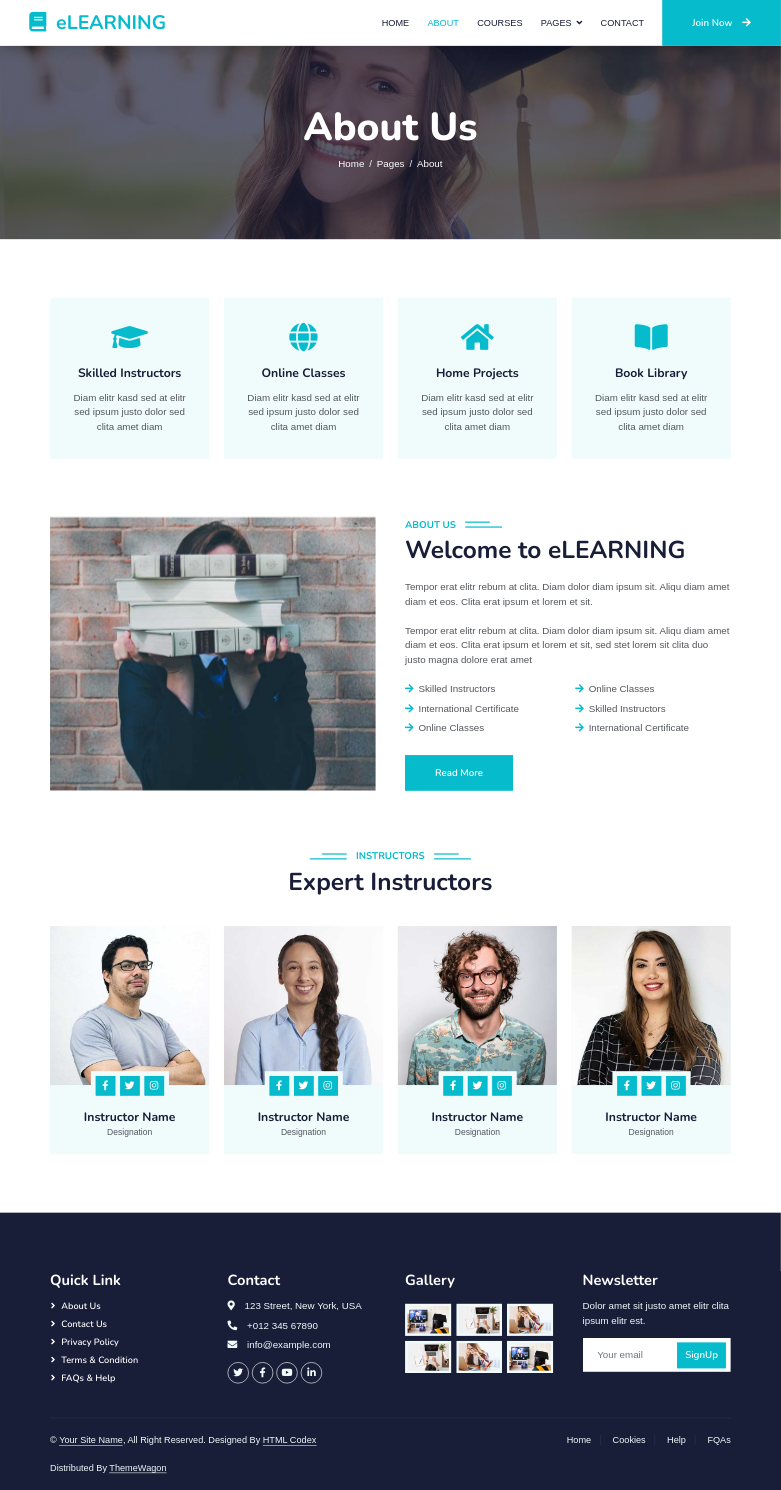
Repository: Arumugam2002/ARUMUGAM-TOPS-DAILY-TASKS
Page: http://localhost/about
These files come from the project's save history. The page is drawn as it stood at one moment and after the next save; the edit follows.
The browser window is 1280 px wide. The pictures show the whole page, at 61% of full size.
Some web fonts or font styles are not loaded; a fallback is used. Some web libraries are served in a nearby version. The page is this project's Thymeleaf template; nobody is signed in. The template is opened directly, without the code that normally fills it, so the values that code supplies are empty.

Above is the page before, as saved 2024-07-16 06:27:23.

### Java SpringBoot/Spring_Eclipse/SpringwithTemplate/src/main/resources/templates/about.html
<!DOCTYPE html>
<html lang="en">
	<head th:replace="/fragments/head :: head"></head>

<body>
    <!-- Spinner Start -->
    <div id="spinner" class="show bg-white position-fixed translate-middle w-100 vh-100 top-50 start-50 d-flex align-items-center justify-content-center">
        <div class="spinner-border text-primary" style="width: 3rem; height: 3rem;" role="status">
            <span class="sr-only">Loading...</span>
        </div>
    </div>
    <!-- Spinner End -->


    <!-- Navbar Start -->
    <nav class="navbar navbar-expand-lg bg-white navbar-light shadow sticky-top p-0">
        <a href="index.html" class="navbar-brand d-flex align-items-center px-4 px-lg-5">
            <h2 class="m-0 text-primary"><i class="fa fa-book me-3"></i>eLEARNING</h2>
        </a>
        <button type="button" class="navbar-toggler me-4" data-bs-toggle="collapse" data-bs-target="#navbarCollapse">
            <span class="navbar-toggler-icon"></span>
        </button>
        <div class="collapse navbar-collapse" id="navbarCollapse">
            <div class="navbar-nav ms-auto p-4 p-lg-0">
                <a href="index.html" class="nav-item nav-link">Home</a>
                <a href="about.html" class="nav-item nav-link active">About</a>
                <a href="courses.html" class="nav-item nav-link">Courses</a>
                <div class="nav-item dropdown">
                    <a href="#" class="nav-link dropdown-toggle" data-bs-toggle="dropdown">Pages</a>
                    <div class="dropdown-menu fade-down m-0">
                        <a href="team.html" class="dropdown-item">Our Team</a>
                        <a href="testimonial.html" class="dropdown-item">Testimonial</a>
                        <a href="404.html" class="dropdown-item">404 Page</a>
                    </div>
                </div>
                <a href="contact.html" class="nav-item nav-link">Contact</a>
            </div>
            <a href="" class="btn btn-primary py-4 px-lg-5 d-none d-lg-block">Join Now<i class="fa fa-arrow-right ms-3"></i></a>
        </div>
    </nav>
    <!-- Navbar End -->


    <!-- Header Start -->
    <div class="container-fluid bg-primary py-5 mb-5 page-header">
        <div class="container py-5">
            <div class="row justify-content-center">
                <div class="col-lg-10 text-center">
                    <h1 class="display-3 text-white animated slideInDown">About Us</h1>
                    <nav aria-label="breadcrumb">
                        <ol class="breadcrumb justify-content-center">
                            <li class="breadcrumb-item"><a class="text-white" href="#">Home</a></li>
                            <li class="breadcrumb-item"><a class="text-white" href="#">Pages</a></li>
                            <li class="breadcrumb-item text-white active" aria-current="page">About</li>
                        </ol>
                    </nav>
                </div>
            </div>
        </div>
    </div>
    <!-- Header End -->


    <!-- Service Start -->
    <div class="container-xxl py-5">
        <div class="container">
            <div class="row g-4">
                <div class="col-lg-3 col-sm-6 wow fadeInUp" data-wow-delay="0.1s">
                    <div class="service-item text-center pt-3">
                        <div class="p-4">
                            <i class="fa fa-3x fa-graduation-cap text-primary mb-4"></i>
                            <h5 class="mb-3">Skilled Instructors</h5>
                            <p>Diam elitr kasd sed at elitr sed ipsum justo dolor sed clita amet diam</p>
                        </div>
                    </div>
                </div>
                <div class="col-lg-3 col-sm-6 wow fadeInUp" data-wow-delay="0.3s">
                    <div class="service-item text-center pt-3">
                        <div class="p-4">
                            <i class="fa fa-3x fa-globe text-primary mb-4"></i>
                            <h5 class="mb-3">Online Classes</h5>
                            <p>Diam elitr kasd sed at elitr sed ipsum justo dolor sed clita amet diam</p>
                        </div>
                    </div>
                </div>
                <div class="col-lg-3 col-sm-6 wow fadeInUp" data-wow-delay="0.5s">
                    <div class="service-item text-center pt-3">
                        <div class="p-4">
                            <i class="fa fa-3x fa-home text-primary mb-4"></i>
                            <h5 class="mb-3">Home Projects</h5>
                            <p>Diam elitr kasd sed at elitr sed ipsum justo dolor sed clita amet diam</p>
                        </div>
                    </div>
                </div>
                <div class="col-lg-3 col-sm-6 wow fadeInUp" data-wow-delay="0.7s">
                    <div class="service-item text-center pt-3">
                        <div class="p-4">
                            <i class="fa fa-3x fa-book-open text-primary mb-4"></i>
                            <h5 class="mb-3">Book Library</h5>
                            <p>Diam elitr kasd sed at elitr sed ipsum justo dolor sed clita amet diam</p>
                        </div>
                    </div>
                </div>
            </div>
        </div>
    </div>
    <!-- Service End -->


    <!-- About Start -->
    <div class="container-xxl py-5">
        <div class="container">
            <div class="row g-5">
                <div class="col-lg-6 wow fadeInUp" data-wow-delay="0.1s" style="min-height: 400px;">
                    <div class="position-relative h-100">
                        <img class="img-fluid position-absolute w-100 h-100" src="img/about.jpg" alt="" style="object-fit: cover;">
                    </div>
                </div>
                <div class="col-lg-6 wow fadeInUp" data-wow-delay="0.3s">
                    <h6 class="section-title bg-white text-start text-primary pe-3">About Us</h6>
                    <h1 class="mb-4">Welcome to eLEARNING</h1>
                    <p class="mb-4">Tempor erat elitr rebum at clita. Diam dolor diam ipsum sit. Aliqu diam amet diam et eos. Clita erat ipsum et lorem et sit.</p>
                    <p class="mb-4">Tempor erat elitr rebum at clita. Diam dolor diam ipsum sit. Aliqu diam amet diam et eos. Clita erat ipsum et lorem et sit, sed stet lorem sit clita duo justo magna dolore erat amet</p>
                    <div class="row gy-2 gx-4 mb-4">
                        <div class="col-sm-6">
                            <p class="mb-0"><i class="fa fa-arrow-right text-primary me-2"></i>Skilled Instructors</p>
                        </div>
                        <div class="col-sm-6">
                            <p class="mb-0"><i class="fa fa-arrow-right text-primary me-2"></i>Online Classes</p>
                        </div>
                        <div class="col-sm-6">
                            <p class="mb-0"><i class="fa fa-arrow-right text-primary me-2"></i>International Certificate</p>
                        </div>
                        <div class="col-sm-6">
                            <p class="mb-0"><i class="fa fa-arrow-right text-primary me-2"></i>Skilled Instructors</p>
                        </div>
                        <div class="col-sm-6">
                            <p class="mb-0"><i class="fa fa-arrow-right text-primary me-2"></i>Online Classes</p>
                        </div>
                        <div class="col-sm-6">
                            <p class="mb-0"><i class="fa fa-arrow-right text-primary me-2"></i>International Certificate</p>
                        </div>
                    </div>
                    <a class="btn btn-primary py-3 px-5 mt-2" href="">Read More</a>
                </div>
            </div>
        </div>
    </div>
    <!-- About End -->


    <!-- Team Start -->
    <div class="container-xxl py-5">
        <div class="container">
            <div class="text-center wow fadeInUp" data-wow-delay="0.1s">
                <h6 class="section-title bg-white text-center text-primary px-3">Instructors</h6>
                <h1 class="mb-5">Expert Instructors</h1>
            </div>
            <div class="row g-4">
                <div class="col-lg-3 col-md-6 wow fadeInUp" data-wow-delay="0.1s">
                    <div class="team-item bg-light">
                        <div class="overflow-hidden">
                            <img class="img-fluid" src="img/team-1.jpg" alt="">
                        </div>
                        <div class="position-relative d-flex justify-content-center" style="margin-top: -23px;">
                            <div class="bg-light d-flex justify-content-center pt-2 px-1">
                                <a class="btn btn-sm-square btn-primary mx-1" href=""><i class="fab fa-facebook-f"></i></a>
                                <a class="btn btn-sm-square btn-primary mx-1" href=""><i class="fab fa-twitter"></i></a>
                                <a class="btn btn-sm-square btn-primary mx-1" href=""><i class="fab fa-instagram"></i></a>
                            </div>
                        </div>
                        <div class="text-center p-4">
                            <h5 class="mb-0">Instructor Name</h5>
                            <small>Designation</small>
                        </div>
                    </div>
                </div>
                <div class="col-lg-3 col-md-6 wow fadeInUp" data-wow-delay="0.3s">
                    <div class="team-item bg-light">
                        <div class="overflow-hidden">
                            <img class="img-fluid" src="img/team-2.jpg" alt="">
                        </div>
                        <div class="position-relative d-flex justify-content-center" style="margin-top: -23px;">
                            <div class="bg-light d-flex justify-content-center pt-2 px-1">
                                <a class="btn btn-sm-square btn-primary mx-1" href=""><i class="fab fa-facebook-f"></i></a>
                                <a class="btn btn-sm-square btn-primary mx-1" href=""><i class="fab fa-twitter"></i></a>
                                <a class="btn btn-sm-square btn-primary mx-1" href=""><i class="fab fa-instagram"></i></a>
                            </div>
                        </div>
                        <div class="text-center p-4">
                            <h5 class="mb-0">Instructor Name</h5>
                            <small>Designation</small>
                        </div>
                    </div>
                </div>
                <div class="col-lg-3 col-md-6 wow fadeInUp" data-wow-delay="0.5s">
                    <div class="team-item bg-light">
                        <div class="overflow-hidden">
                            <img class="img-fluid" src="img/team-3.jpg" alt="">
                        </div>
                        <div class="position-relative d-flex justify-content-center" style="margin-top: -23px;">
                            <div class="bg-light d-flex justify-content-center pt-2 px-1">
                                <a class="btn btn-sm-square btn-primary mx-1" href=""><i class="fab fa-facebook-f"></i></a>
                                <a class="btn btn-sm-square btn-primary mx-1" href=""><i class="fab fa-twitter"></i></a>
                                <a class="btn btn-sm-square btn-primary mx-1" href=""><i class="fab fa-instagram"></i></a>
                            </div>
                        </div>
                        <div class="text-center p-4">
                            <h5 class="mb-0">Instructor Name</h5>
                            <small>Designation</small>
                        </div>
                    </div>
                </div>
                <div class="col-lg-3 col-md-6 wow fadeInUp" data-wow-delay="0.7s">
                    <div class="team-item bg-light">
                        <div class="overflow-hidden">
                            <img class="img-fluid" src="img/team-4.jpg" alt="">
                        </div>
                        <div class="position-relative d-flex justify-content-center" style="margin-top: -23px;">
                            <div class="bg-light d-flex justify-content-center pt-2 px-1">
                                <a class="btn btn-sm-square btn-primary mx-1" href=""><i class="fab fa-facebook-f"></i></a>
                                <a class="btn btn-sm-square btn-primary mx-1" href=""><i class="fab fa-twitter"></i></a>
                                <a class="btn btn-sm-square btn-primary mx-1" href=""><i class="fab fa-instagram"></i></a>
                            </div>
                        </div>
                        <div class="text-center p-4">
                            <h5 class="mb-0">Instructor Name</h5>
                            <small>Designation</small>
                        </div>
                    </div>
                </div>
            </div>
        </div>
    </div>
    <!-- Team End -->


    <!-- Footer Start -->
    <div class="container-fluid bg-dark text-light footer pt-5 mt-5 wow fadeIn" data-wow-delay="0.1s">
        <div class="container py-5">
            <div class="row g-5">
                <div class="col-lg-3 col-md-6">
                    <h4 class="text-white mb-3">Quick Link</h4>
                    <a class="btn btn-link" href="">About Us</a>
                    <a class="btn btn-link" href="">Contact Us</a>
                    <a class="btn btn-link" href="">Privacy Policy</a>
                    <a class="btn btn-link" href="">Terms & Condition</a>
                    <a class="btn btn-link" href="">FAQs & Help</a>
                </div>
                <div class="col-lg-3 col-md-6">
                    <h4 class="text-white mb-3">Contact</h4>
                    <p class="mb-2"><i class="fa fa-map-marker-alt me-3"></i>123 Street, New York, USA</p>
                    <p class="mb-2"><i class="fa fa-phone-alt me-3"></i>+012 345 67890</p>
                    <p class="mb-2"><i class="fa fa-envelope me-3"></i>info@example.com</p>
                    <div class="d-flex pt-2">
                        <a class="btn btn-outline-light btn-social" href=""><i class="fab fa-twitter"></i></a>
                        <a class="btn btn-outline-light btn-social" href=""><i class="fab fa-facebook-f"></i></a>
                        <a class="btn btn-outline-light btn-social" href=""><i class="fab fa-youtube"></i></a>
                        <a class="btn btn-outline-light btn-social" href=""><i class="fab fa-linkedin-in"></i></a>
                    </div>
                </div>
                <div class="col-lg-3 col-md-6">
                    <h4 class="text-white mb-3">Gallery</h4>
                    <div class="row g-2 pt-2">
                        <div class="col-4">
                            <img class="img-fluid bg-light p-1" src="img/course-1.jpg" alt="">
                        </div>
                        <div class="col-4">
                            <img class="img-fluid bg-light p-1" src="img/course-2.jpg" alt="">
                        </div>
                        <div class="col-4">
                            <img class="img-fluid bg-light p-1" src="img/course-3.jpg" alt="">
                        </div>
                        <div class="col-4">
                            <img class="img-fluid bg-light p-1" src="img/course-2.jpg" alt="">
                        </div>
                        <div class="col-4">
                            <img class="img-fluid bg-light p-1" src="img/course-3.jpg" alt="">
                        </div>
                        <div class="col-4">
                            <img class="img-fluid bg-light p-1" src="img/course-1.jpg" alt="">
                        </div>
                    </div>
                </div>
                <div class="col-lg-3 col-md-6">
                    <h4 class="text-white mb-3">Newsletter</h4>
                    <p>Dolor amet sit justo amet elitr clita ipsum elitr est.</p>
                    <div class="position-relative mx-auto" style="max-width: 400px;">
                        <input class="form-control border-0 w-100 py-3 ps-4 pe-5" type="text" placeholder="Your email">
                        <button type="button" class="btn btn-primary py-2 position-absolute top-0 end-0 mt-2 me-2">SignUp</button>
                    </div>
                </div>
            </div>
        </div>
        <div class="container">
            <div class="copyright">
                <div class="row">
                    <div class="col-md-6 text-center text-md-start mb-3 mb-md-0">
                        &copy; <a class="border-bottom" href="#">Your Site Name</a>, All Right Reserved.

                        <!--/*** This template is free as long as you keep the footer author’s credit link/attribution link/backlink. If you'd like to use the template without the footer author’s credit link/attribution link/backlink, you can purchase the Credit Removal License from "https://htmlcodex.com/credit-removal". Thank you for your support. ***/-->
                        Designed By <a class="border-bottom" href="https://htmlcodex.com">HTML Codex</a><br><br>
                        Distributed By <a class="border-bottom" href="https://themewagon.com">ThemeWagon</a>
                    </div>
                    <div class="col-md-6 text-center text-md-end">
                        <div class="footer-menu">
                            <a href="">Home</a>
                            <a href="">Cookies</a>
                            <a href="">Help</a>
                            <a href="">FQAs</a>
                        </div>
                    </div>
                </div>
            </div>
        </div>
    </div>
    <!-- Footer End -->


    <!-- Back to Top -->
    <a href="#" class="btn btn-lg btn-primary btn-lg-square back-to-top"><i class="bi bi-arrow-up"></i></a>


    <!-- JavaScript Libraries -->
    <script src="https://code.jquery.com/jquery-3.4.1.min.js"></script>
    <script src="https://cdn.jsdelivr.net/npm/bootstrap@5.0.0/dist/js/bootstrap.bundle.min.js"></script>
    <script src="lib/wow/wow.min.js"></script>
    <script src="lib/easing/easing.min.js"></script>
    <script src="lib/waypoints/waypoints.min.js"></script>
    <script src="lib/owlcarousel/owl.carousel.min.js"></script>

    <!-- Template Javascript -->
    <script src="js/main.js"></script>
</body>

</html>

### Java SpringBoot/Spring_Eclipse/SpringwithTemplate/src/main/resources/templates/fragments/head.html
<html lang="en">

<head lang="en" xmlns:th="http://www.thymeleaf.org">
    <meta charset="utf-8">
    <title>Simple Learning</title>
    <meta content="width=device-width, initial-scale=1.0" name="viewport">
    <meta content="" name="keywords">
    <meta content="" name="description">

    <!-- Favicon -->
    <link href="img/favicon.ico" rel="icon">

    <!-- Google Web Fonts -->
    <link rel="preconnect" href="https://fonts.googleapis.com">
    <link rel="preconnect" href="https://fonts.gstatic.com" crossorigin>
    <link href="https://fonts.googleapis.com/css2?family=Heebo:wght@400;500;600&family=Nunito:wght@600;700;800&display=swap" rel="stylesheet">

    <!-- Icon Font Stylesheet -->
    <link href="https://cdnjs.cloudflare.com/ajax/libs/font-awesome/5.10.0/css/all.min.css" rel="stylesheet">
    <link href="https://cdn.jsdelivr.net/npm/bootstrap-icons@1.4.1/font/bootstrap-icons.css" rel="stylesheet">

    <!-- Libraries Stylesheet -->
    <link href="assets/lib/animate/animate.min.css" rel="stylesheet">
    <link href="assets/lib/owlcarousel/assets/owl.carousel.min.css" rel="stylesheet">

    <!-- Customized Bootstrap Stylesheet -->
    <link href="assets/css/bootstrap.min.css" rel="stylesheet">

    <!-- Template Stylesheet -->
    <link href="assets/css/style.css" rel="stylesheet">
</head>

</html>

Loaded but not shown: Java SpringBoot/Spring_Eclipse/SpringwithTemplate/src/main/resources/static/assets/lib/animate/animate.min.css (library); Java SpringBoot/Spring_Eclipse/SpringwithTemplate/src/main/resources/static/assets/lib/owlcarousel/assets/owl.carousel.min.css (common file); Java SpringBoot/Spring_Eclipse/SpringwithTemplate/src/main/resources/static/assets/css/bootstrap.min.css (library); Java SpringBoot/Spring_Eclipse/SpringwithTemplate/src/main/resources/static/assets/lib/wow/wow.min.js (library); Java SpringBoot/Spring_Eclipse/SpringwithTemplate/src/main/resources/static/assets/lib/easing/easing.min.js (common file); Java SpringBoot/Spring_Eclipse/SpringwithTemplate/src/main/resources/static/assets/lib/waypoints/waypoints.min.js (library); Java SpringBoot/Spring_Eclipse/SpringwithTemplate/src/main/resources/static/assets/lib/owlcarousel/owl.carousel.min.js (library); Java SpringBoot/Spring_Eclipse/SpringwithTemplate/src/main/resources/static/assets/js/main.js (108 lines, source omitted); Java SpringBoot/Spring_Eclipse/SpringwithTemplate/src/main/resources/static/assets/css/style.css (434 lines, source omitted)

After the next save:
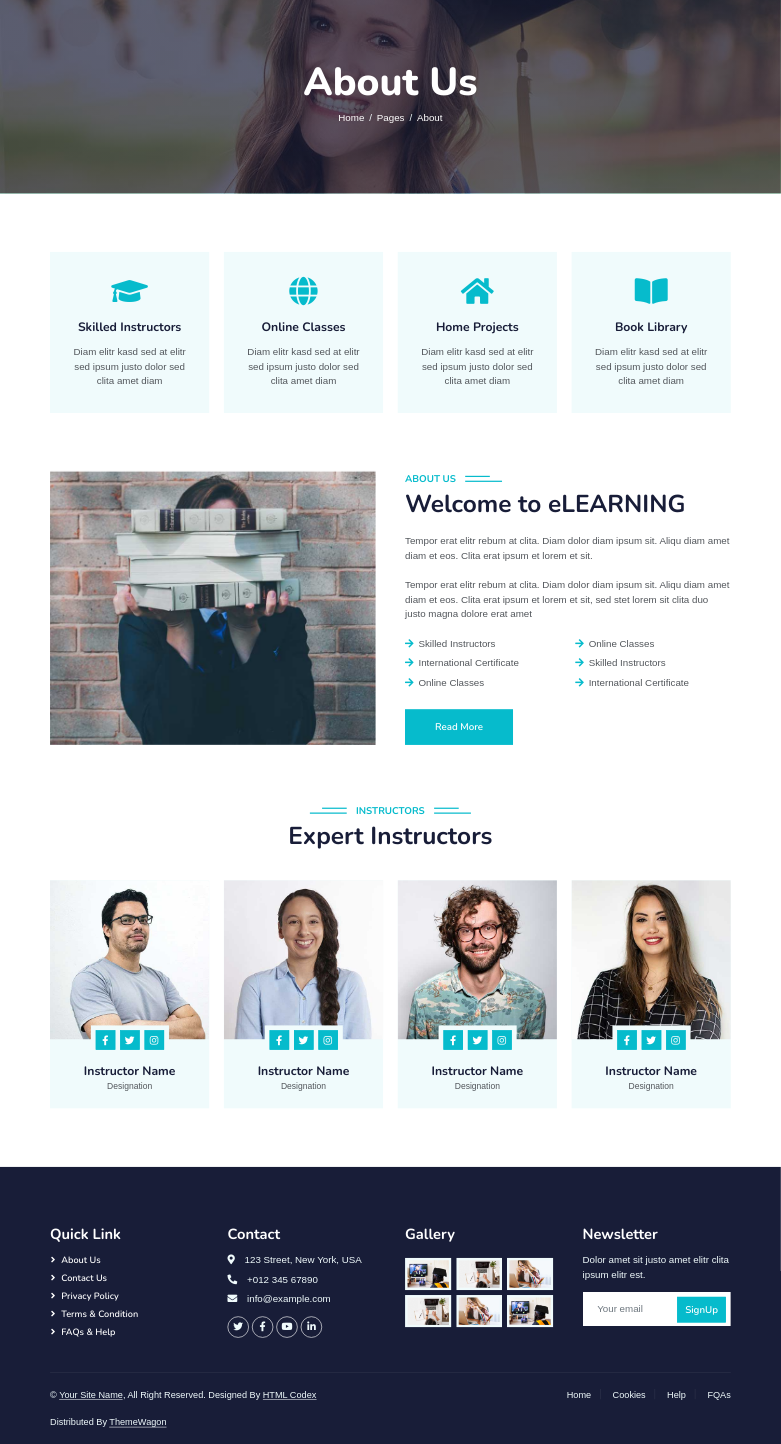
Saved 8 s later.
--- a/Java SpringBoot/Spring_Eclipse/SpringwithTemplate/src/main/resources/templates/about.html
+++ b/Java SpringBoot/Spring_Eclipse/SpringwithTemplate/src/main/resources/templates/about.html
@@ -3,42 +3,7 @@
 	<head th:replace="/fragments/head :: head"></head>
 
 <body>
-    <!-- Spinner Start -->
-    <div id="spinner" class="show bg-white position-fixed translate-middle w-100 vh-100 top-50 start-50 d-flex align-items-center justify-content-center">
-        <div class="spinner-border text-primary" style="width: 3rem; height: 3rem;" role="status">
-            <span class="sr-only">Loading...</span>
-        </div>
-    </div>
-    <!-- Spinner End -->
-
-
-    <!-- Navbar Start -->
-    <nav class="navbar navbar-expand-lg bg-white navbar-light shadow sticky-top p-0">
-        <a href="index.html" class="navbar-brand d-flex align-items-center px-4 px-lg-5">
-            <h2 class="m-0 text-primary"><i class="fa fa-book me-3"></i>eLEARNING</h2>
-        </a>
-        <button type="button" class="navbar-toggler me-4" data-bs-toggle="collapse" data-bs-target="#navbarCollapse">
-            <span class="navbar-toggler-icon"></span>
-        </button>
-        <div class="collapse navbar-collapse" id="navbarCollapse">
-            <div class="navbar-nav ms-auto p-4 p-lg-0">
-                <a href="index.html" class="nav-item nav-link">Home</a>
-                <a href="about.html" class="nav-item nav-link active">About</a>
-                <a href="courses.html" class="nav-item nav-link">Courses</a>
-                <div class="nav-item dropdown">
-                    <a href="#" class="nav-link dropdown-toggle" data-bs-toggle="dropdown">Pages</a>
-                    <div class="dropdown-menu fade-down m-0">
-                        <a href="team.html" class="dropdown-item">Our Team</a>
-                        <a href="testimonial.html" class="dropdown-item">Testimonial</a>
-                        <a href="404.html" class="dropdown-item">404 Page</a>
-                    </div>
-                </div>
-                <a href="contact.html" class="nav-item nav-link">Contact</a>
-            </div>
-            <a href="" class="btn btn-primary py-4 px-lg-5 d-none d-lg-block">Join Now<i class="fa fa-arrow-right ms-3"></i></a>
-        </div>
-    </nav>
-    <!-- Navbar End -->
+
 
 
     <!-- Header Start -->
